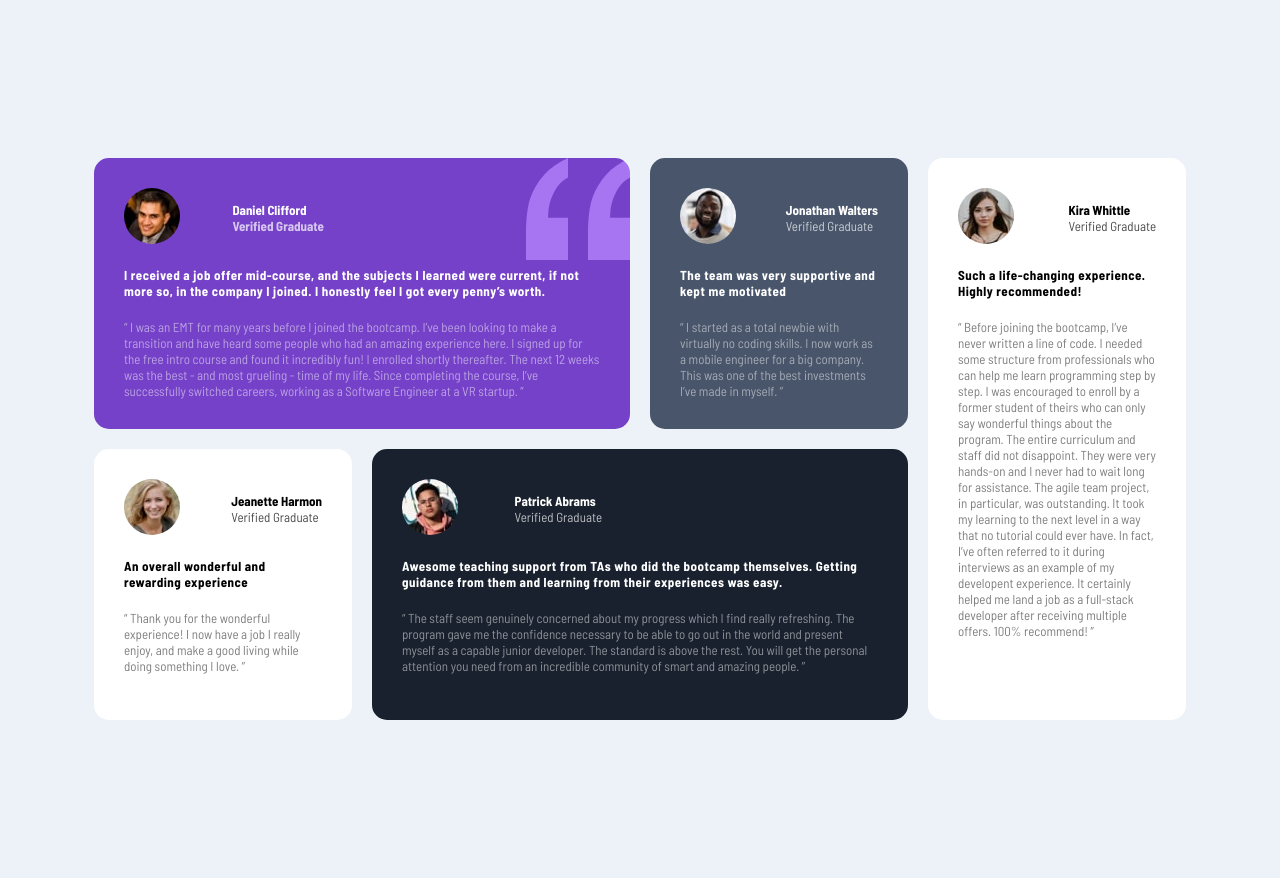
Repository: Toqa-25/testimonials
Page: index.html
An editor plug-in stored every save of this project. The page is shown before and after the next save, followed by the edit.
The browser window is 1280 px wide. The pictures show the whole page.

Above is the page before, as saved 2021-11-04 13:28:49.

### index.html
<!DOCTYPE html>
<html lang="en">
<head>
    <meta charset="UTF-8">
    <meta http-equiv="X-UA-Compatible" content="IE=edge">
    <meta name="viewport" content="width=device-width, initial-scale=1.0">
    <!-- css files -->
    <link rel="stylesheet" href="css/style.css">
    <link rel="stylesheet" href="css//vendors/all.min.css">
    <!-- fonts style -->
    <link rel="preconnect" href="https://fonts.googleapis.com">
<link rel="preconnect" href="https://fonts.gstatic.com" crossorigin>
<link href="https://fonts.googleapis.com/css2?family=Barlow+Semi+Condensed:wght@100;200;300;400;500;600;700;800;900&family=Montserrat:wght@100;200;300;400;500;600;700;800;900&family=PT+Sans:ital,wght@0,400;0,700;1,700&family=Roboto:wght@100;300;400;500;700;900&display=swap" rel="stylesheet">
    <title>tistimonials design</title>
</head>
<body>
    <div class="container">
        <div class="testi-content">
            <article class="grid-item Daniel">
                <header class="grid-item-name">
                    <div class="item-img">
                        <img src="images/image-daniel.jpg" alt="">
                    </div>
                    <div class="item-name">
                        <h4 class="name">Daniel Clifford</h4>
                        <h4 class="name-info">Verified Graduate</h4>
                    </div>
                </header>
                <div class="art-body">
                    <h4 class="bold-text"> I received a job offer mid-course, and the subjects I learned were current, if not more so, in the company I joined. I honestly feel I got every penny’s worth.</h4>
                    <p class="lite-text">“ I was an EMT for many years before I joined the bootcamp. I’ve been looking to make a
                        transition and have heard some people who had an amazing experience here. I signed up
                        for the free intro course and found it incredibly fun! I enrolled shortly thereafter.
                        The next 12 weeks was the best - and most grueling - time of my life. Since completing
                        the course, I’ve successfully switched careers, working as a Software Engineer at a VR startup. ” </p>
                </div>
            </article>
            <article class="grid-item Jonathan">
                <header class="grid-item-name">
                    <div class="item-img">
                        <img src="images/image-jonathan.jpg" alt="">
                    </div>
                    <div class="item-name">
                        <p class="name">Jonathan Walters</p>
                        <p class="name-info">Verified Graduate</p>
                    </div>
                </header>
                <div class="art-body">
                    <h4 class="bold-text">The team was very supportive and kept me motivated</h4>
                    <p class="lite-text">“ I started as a total newbie with virtually no coding skills. I now work as a mobile engineer
                     for a big company. This was one of the best investments I’ve made in myself. ”
                    </p>
                </div>
            </article>
            <article class="grid-item  Jeanette ">
                <header class="grid-item-name">
                    <div class="item-img">
                        <img src="images/image-jeanette.jpg" alt="">
                    </div>
                    <div class="item-name">
                        <p class="name">  Jeanette Harmon</p>
                        <p class="name-info">Verified Graduate</p>
                    </div>
                </header>
                <div class="art-body">
                    <h4 class="bold-text"> An overall wonderful and rewarding experience</h4>
                    <p class="lite-text">“ Thank you for the wonderful experience! I now have a job I really enjoy, and make a good living
                     while doing something I love. ”</p>
                </div>
            </article>
            <article class="grid-item Patrick">
                <header class="grid-item-name">
                    <div class="item-img">
                        <img src="images/image-patrick.jpg" alt="">
                    </div>
                    <div class="item-name">
                        <p class="name">Patrick Abrams</p>
                        <p class="name-info"> Verified Graduate</p>
                    </div>
                </header>
                <div class="art-body">
                    <h4 class="bold-text"> Awesome teaching support from TAs who did the bootcamp themselves. Getting guidance from them and learning from their experiences was easy.</h4>
                    <p class="lite-text">“ The staff seem genuinely concerned about my progress which I find really refreshing. The program
                        gave me the confidence necessary to be able to go out in the world and present myself as a capable
                        junior developer. The standard is above the rest. You will get the personal attention you need from
                        an incredible community of smart and amazing people. ”
                    </p>
                </div>
            </article>
            <article class="grid-item Kira ">
                <header class="grid-item-name">
                    <div class="item-img">
                        <img src="images/image-kira.jpg" alt="" srcset="">
                    </div>
                    <div class="item-name">
                        <p class="name">Kira Whittle</p>
                        <p class="name-info ">Verified Graduate</p>
                    </div>
                </header>
                <div class="art-body">
                    <h4 class="bold-text"> Such a life-changing experience. Highly recommended!</h4>
                    <p class="lite-text"> “ Before joining the bootcamp, I’ve never written a line of code. I needed some structure from
                    professionals who can help me learn programming step by step. I was encouraged to enroll by a former
                    student of theirs who can only say wonderful things about the program. The entire curriculum and staff
                    did not disappoint. They were very hands-on and I never had to wait long for assistance. The agile team
                    project, in particular, was outstanding. It took my learning to the next level in a way that no tutorial
                    could ever have. In fact, I’ve often referred to it during interviews as an example of my developent
                    experience. It certainly helped me land a job as a full-stack developer after receiving multiple offers.
  100% recommend! ”</p>
                </div>
            </article>

        </div>
    </div>
</body>
</html>

### css/style.css
/*
     public style
  **********************
*/
body{
    Font-size: 13px;
    font-family: 'Barlow Semi Condensed', sans-serif;
   /* font-family: 'Montserrat', sans-serif;
    font-family: 'PT Sans', sans-serif;
    font-family: 'Roboto', sans-serif; */
    /* font-family: 'Barlow Semi' Condensed; */
    background-color: hsl(210, 46%, 95%);
}
*{
    padding:0;
    margin:0;
    box-sizing: border-box;
}
/*
content  style
**********************
*/
.container{
    width: 90%;
    margin: auto;
    padding: 10% 0;
}
.testi-content{
    display: grid;
    grid-template-columns: repeat(8 , 1fr);
    grid-template-rows: repeat(2 , 1fr);
    grid-gap: 20px;
     padding: 30px;
}
.lite-text{
    opacity:.5;
}
.name-info{
    opacity:.7;
}
.grid-item{
    padding: 30px;
    border-radius: 15px;
    -webkit-border-radius: 15px;
    -moz-border-radius: 15px;
    -ms-border-radius: 15px;
    -o-border-radius: 15px;
}
.grid-item-name{
    display: flex;
    justify-content: space-between;
    align-items: center;
    max-width: 200px;

}
.name{
    font-weight: bold;
}
.bold-text{
    margin: 20px 0;
    letter-spacing: .5px;
}
.item-img img{
 border-radius: 50%;
 -webkit-border-radius: 50%;
 -moz-border-radius: 50%;
 -ms-border-radius: 50%;
 -o-border-radius: 50%;
}
.Daniel{
    background-color: hsl(263, 55%, 52%);
    background-image: url(../images/bg-pattern-quotation.svg);
    background-position: right top;
    background-repeat: no-repeat;
    color: hsl(0, 0%, 100%);
    grid-column: 1 /5;
    grid-row: 1/2;
}


.Jonathan{
    background-color: hsl(0, 0%, 81%);
    background-color: hsl(217, 19%, 35%);
     grid-column: 5/7;
    grid-row: 1/2;
    color: hsl(0, 0%, 100%);
}

.Kira{
    background-color: hsl(0, 0%, 100%);
    grid-column: 7 /9;
    grid-row: 1/3;
}
.Patrick{
    background-color: hsl(219, 29%, 14%);
    color: hsl(0, 0%, 100%);
    grid-column: 3 /7;
    grid-row: 2/3;
}
.Jeanette {
background-color: hsl(0, 0%, 100%);
    grid-column: 1 /3;
    grid-row: 2/3;
}
/*  media quary style */
@media (max-width:575px){
    .testi-content{
    display: grid;
    grid-template-columns: 1fr;
    grid-template-rows: repeat(8 , auto);
    grid-gap: 10px;
     padding: 40px;
}
.grid-item{
grid-column: 1/2;
}
.Daniel{
    grid-row: 1/3;
}
.Jonathan{
    grid-row: 3/4;
}
.Kira{
    grid-row: 4/5;
}
    .Patrick{
        grid-row: 5/7;
    }

.Jeanette{
    grid-row: 7/9;

}
}







/*           media quary style
    ***************************************
        //extra small devices @media (maxwidth:575px)
        //small devices @media (maxwidth:767px)
        //medium devices @media (maxwidth:991px)
        //large devices @media (maxwidth:1199px)
*/

Loaded but not shown: css/vendors/all.min.css (library)

After the next save:
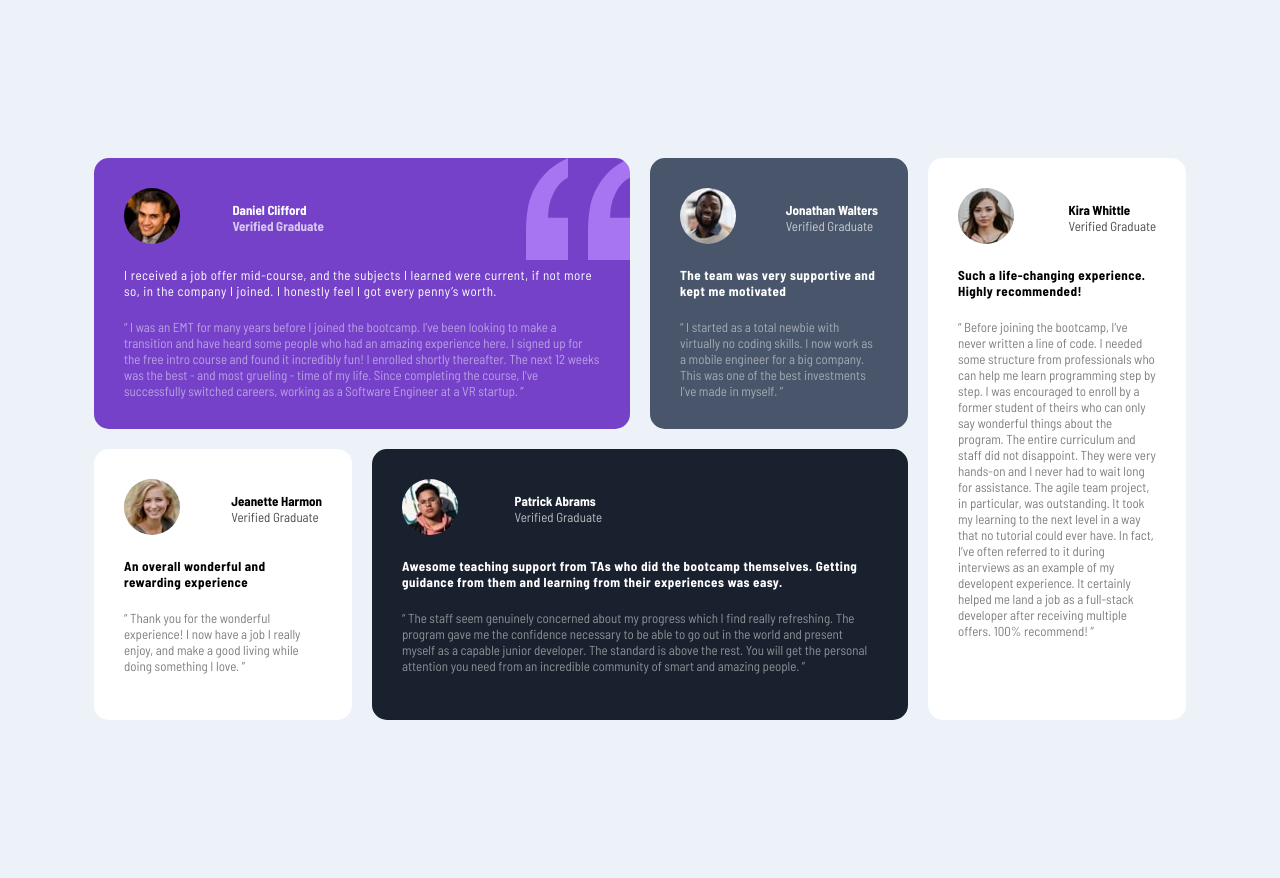
Saved 22 s later.
--- a/index.html
+++ b/index.html
@@ -27,7 +27,7 @@
                     </div>
                 </header>
                 <div class="art-body">
-                    <h4 class="bold-text"> I received a job offer mid-course, and the subjects I learned were current, if not more so, in the company I joined. I honestly feel I got every penny’s worth.</h4>
+                    <p class="bold-text"> I received a job offer mid-course, and the subjects I learned were current, if not more so, in the company I joined. I honestly feel I got every penny’s worth.</h4>
                     <p class="lite-text">“ I was an EMT for many years before I joined the bootcamp. I’ve been looking to make a
                         transition and have heard some people who had an amazing experience here. I signed up
                         for the free intro course and found it incredibly fun! I enrolled shortly thereafter.
